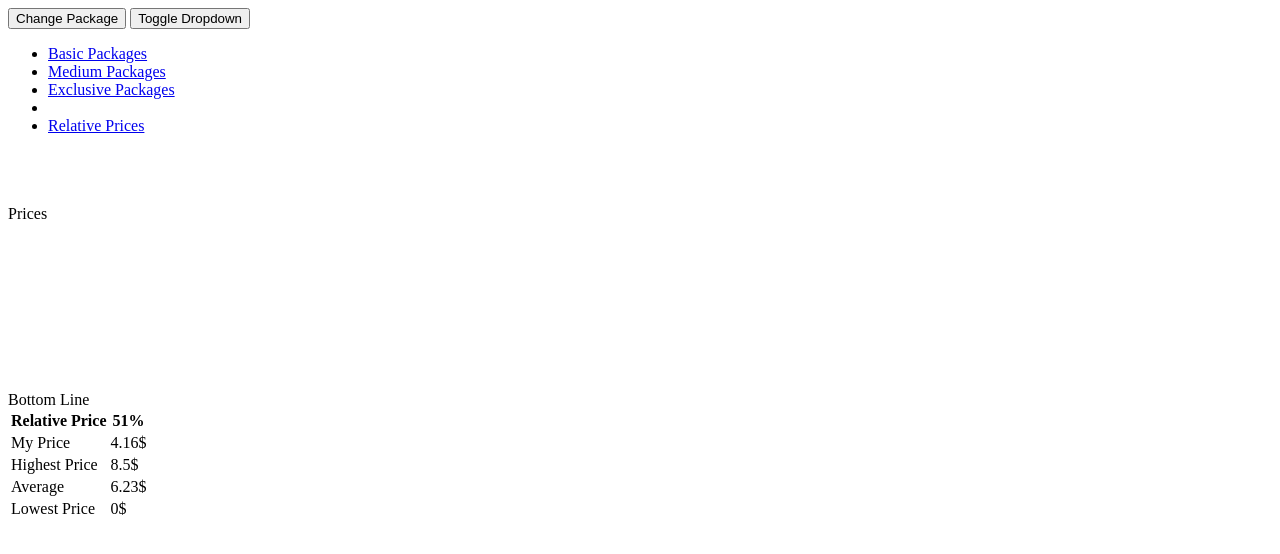
Repository: netaosman/Price-try-course
Page: prixceFrontEnd/src/main/webapp/Prixce_FrontEnd/HTML/Market/pricesPack/BasicPackages.html
The author's editor kept a copy of each file at every save. The page is drawn from the files as they stood at one save, then again after the next save.
The browser window is 1280 px wide. The pictures show the whole page.

Above is the page before, as saved 2017-09-24 00:14:14.

After the next save:
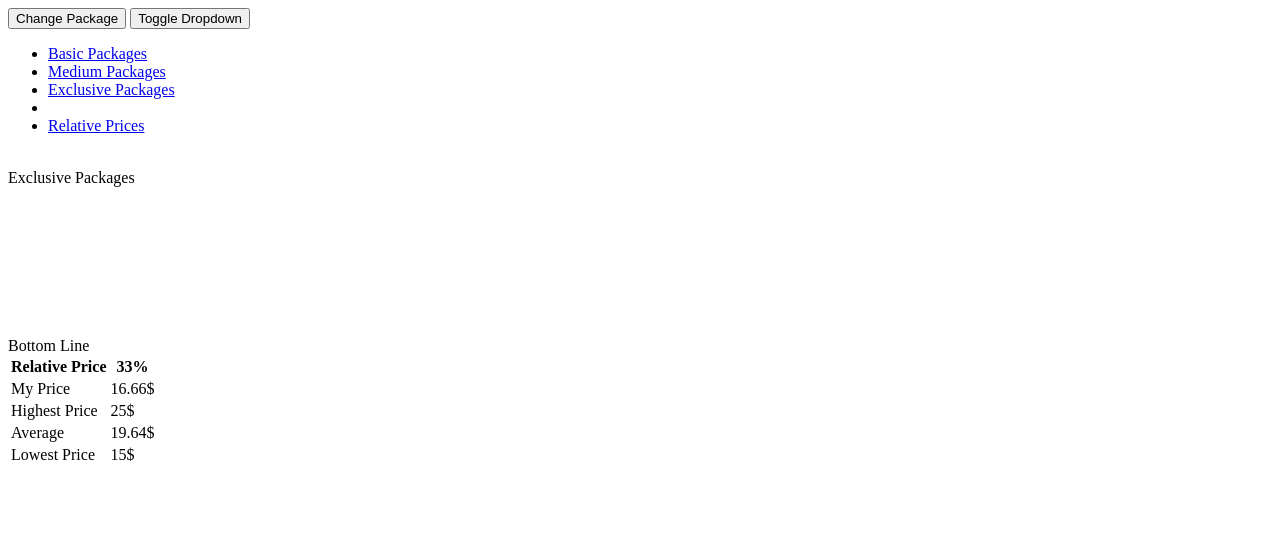
Saved 93 s later.
--- a/prixceFrontEnd/src/main/webapp/Prixce_FrontEnd/HTML/Market/pricesPack/BasicPackages.html
+++ b/prixceFrontEnd/src/main/webapp/Prixce_FrontEnd/HTML/Market/pricesPack/BasicPackages.html
@@ -1,3 +1,4 @@
+<!--  <p class="sub-header">Exclusive Packages</p>-->
 
 <div class="container-fluid">
 	<div class="dropdown">
@@ -18,65 +19,59 @@
 			</ul>
 		</div>
 	</div>
-	<div class="row">
-		<div class="col-sm-9 col-sm-offset-3 col-md-10 col-md-offset-2 main">
-			<section class="row text-center placeholders">
-				<br> <br> <br>
-				<div class="col-xs-12 col-md-8" ng-controller="PricesBasicCtrl">
-					<div class="panel panel-default-1">
-						<div class="panel-heading">Prices</div>
-						<div class="panel-body">
-							<!-- <div class="panel-title">Prices</div> -->
-							<br>
-							<canvas id="base" class="chart-horizontal-bar" chart-data="data"
-								chart-labels="labels" chart-colors="colors">
+	<br>
+	<div class="row placeholders">
+		<div class="col-xs-12 col-md-8" ng-controller="PricesHighCtrl">
+			<div class="panel panel-default-1">
+				<div class="panel-heading">Exclusive Packages</div>
+				<div class="panel-body">
+					<!-- <div class="panel-title">Prices</div> -->
+					<canvas id="base" class="chart-horizontal-bar" chart-data="data" chart-labels="labels" chart-colors="colors">
                                 </canvas>
-						</div>
-					</div>
 				</div>
-				<div class="col-xs-12 col-md-4">
-					<div class="panel panel-default-1">
-						<div class="panel-heading">Bottom Line</div>
-						<div class="panel-body">
-							<table class="table">
-								<thead>
-									<tr>
-										<th class="relative">Relative Price</th>
-										<th class="relative-price">51%</th>
-									</tr>
-								</thead>
-								<tbody>
-									<tr>
-										<td class="title-prices"><span
-											class="glyphicon glyphicon-hand-right" aria-hidden="true"></span>
-											My Price</td>
-										<td class="prices">4.16$</td>
-									</tr>
-									<tr>
-										<td class="title-prices"><span
-											class="glyphicon glyphicon-hand-up" aria-hidden="true"></span>
-											Highest Price</td>
-										<td class="prices">8.5$</td>
-									</tr>
-									<tr>
-										<td class="title-prices"><span
-											class="glyphicon glyphicon-hand-left" aria-hidden="true"></span>
-											Average</td>
-										<td class="prices">6.23$</td>
-									</tr>
-									<tr>
-										<td class="title-prices"><span
-											class="glyphicon glyphicon-thumbs-down" aria-hidden="true"></span>
-											Lowest Price</td>
-										<td class="prices">0$</td>
-									</tr>
-								</tbody>
+			</div>
+		</div>
+		<div class="col-xs-12 col-md-4">
+			<div class="panel panel-default-1">
+				<div class="panel-heading">Bottom Line</div>
+				<div class="panel-body">
+					<table class="table">
+						<thead>
+							<tr>
+								<th class="relative">Relative Price</th>
+								<th class="relative-price">33%</th>
+							</tr>
+						</thead>
+						<tbody>
+							<tr>
+								<td class="title-prices"><span
+									class="glyphicon glyphicon-hand-right" aria-hidden="true"></span>
+									My Price</td>
+								<td class="prices">16.66$</td>
+							</tr>
+							<tr>
+								<td class="title-prices"><span
+									class="glyphicon glyphicon-hand-up" aria-hidden="true"></span>
+									Highest Price</td>
+								<td class="prices">25$</td>
+							</tr>
+							<tr>
+								<td class="title-prices"><span
+									class="glyphicon glyphicon-hand-left" aria-hidden="true"></span>
+									Average</td>
+								<td class="prices">19.64$</td>
+							</tr>
+							<tr>
+								<td class="title-prices"><span
+									class="glyphicon glyphicon-thumbs-down" aria-hidden="true"></span>
+									Lowest Price</td>
+								<td class="prices">15$</td>
+							</tr>
+						</tbody>
 
-							</table>
-						</div>
-					</div>
+					</table>
 				</div>
-			</section>
+			</div>
 		</div>
 	</div>
 </div>
